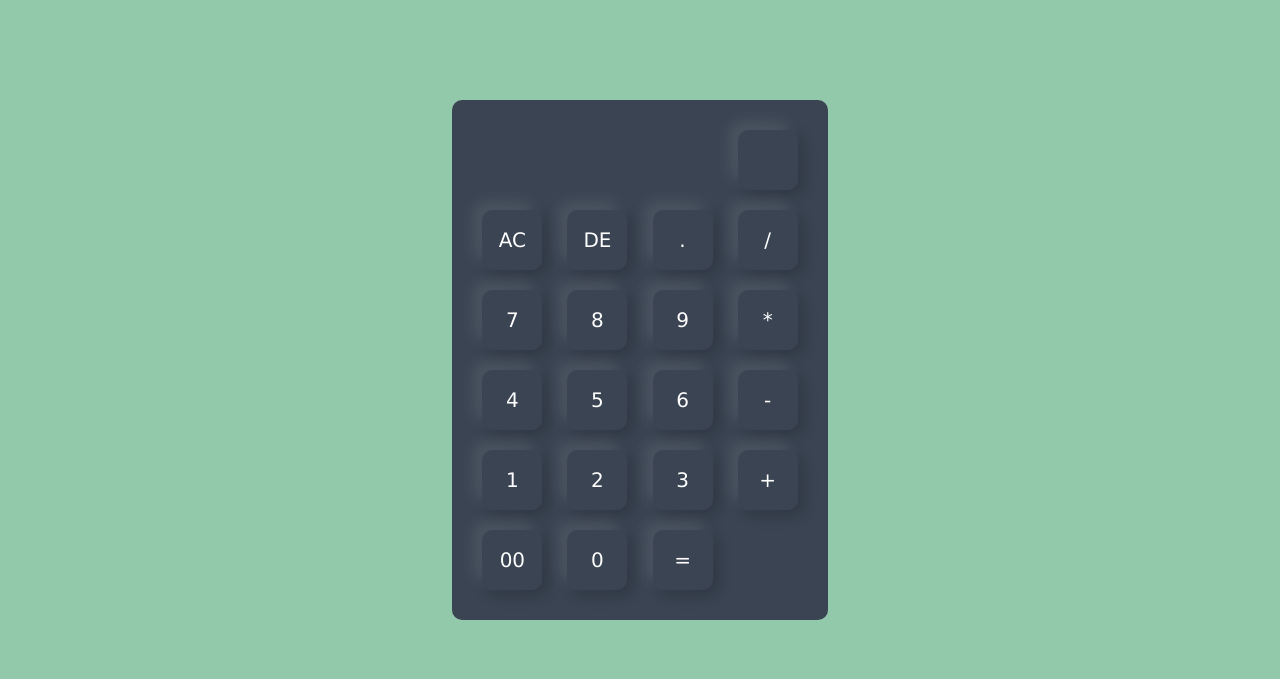
Repository: sirsky89/Simple-Calculator
Page: index.html
The author's editor kept a copy of each file at every save. The page is drawn from the files as they stood at one save, then again after the next save.
The browser window is 1280 px wide. The pictures show the whole page.

Above is the page before, as saved 2023-01-14 09:43:54.

### index.html
<!DOCTYPE html>
<html lang="en">
  <head>
    <meta charset="UTF-8" />
    <meta http-equiv="X-UA-Compatible" content="IE=edge" />
    <meta name="viewport" content="width=device-width, initial-scale=1.0" />
    <title>Android Calculator</title>
    <link rel="stylesheet" href="style.css" />
  </head>
  <body>
    <section>
      <div class="container">
        <div class="calculator">
          <form>
            <div class="display">
              <input type="text" name="display" />
            </div>
            <div>
              <input type="button" value="AC" />
              <input type="button" value="DE" />
              <input type="button" value="." />
              <input type="button" value="/" />
            </div>
            <div>
              <input type="button" value="7" />
              <input type="button" value="8" />
              <input type="button" value="9" />
              <input type="button" value="*" />
            </div>
            <div>
              <input type="button" value="4" />
              <input type="button" value="5" />
              <input type="button" value="6" />
              <input type="button" value="-" />
            </div>
            <div>
              <input type="button" value="1" />
              <input type="button" value="2" />
              <input type="button" value="3" />
              <input type="button" value="+" />
            </div>
            <div>
              <input type="button" value="00" />
              <input type="button" value="0" />
              <input type="button" value="=" />
            </div>
          </form>
        </div>
      </div>
    </section>
  </body>
</html>

### style.css
* {
  margin: 0;
  padding: 0;
  box-sizing: border-box;
  font-family: Verdana, Geneva, Tahoma, sans-serif;
}

.container {
  width: 100%;
  height: 100vh;
  background-color: #91c9aa;
  display: flex;
  align-items: center;
  justify-content: center;
}

.calculator {
  background: #3a4452;
  padding: 20px;
  border-radius: 10px;
}

.calculator form input {
  border: 0;
  outline: 0;
  width: 60px;
  height: 60px;
  border-radius: 10px;
  box-shadow: -8px -8px 15px rgba(255, 255, 255, 0.1),
    5px 5px 15px rgba(0, 0, 0, 0.2);
  background: transparent;
  font-size: 20px;
  color: #fff;
  cursor: pointer;
  margin: 10px;
}

form .display {
  display: flex;
  justify-content: flex-end;
}

After the next save:
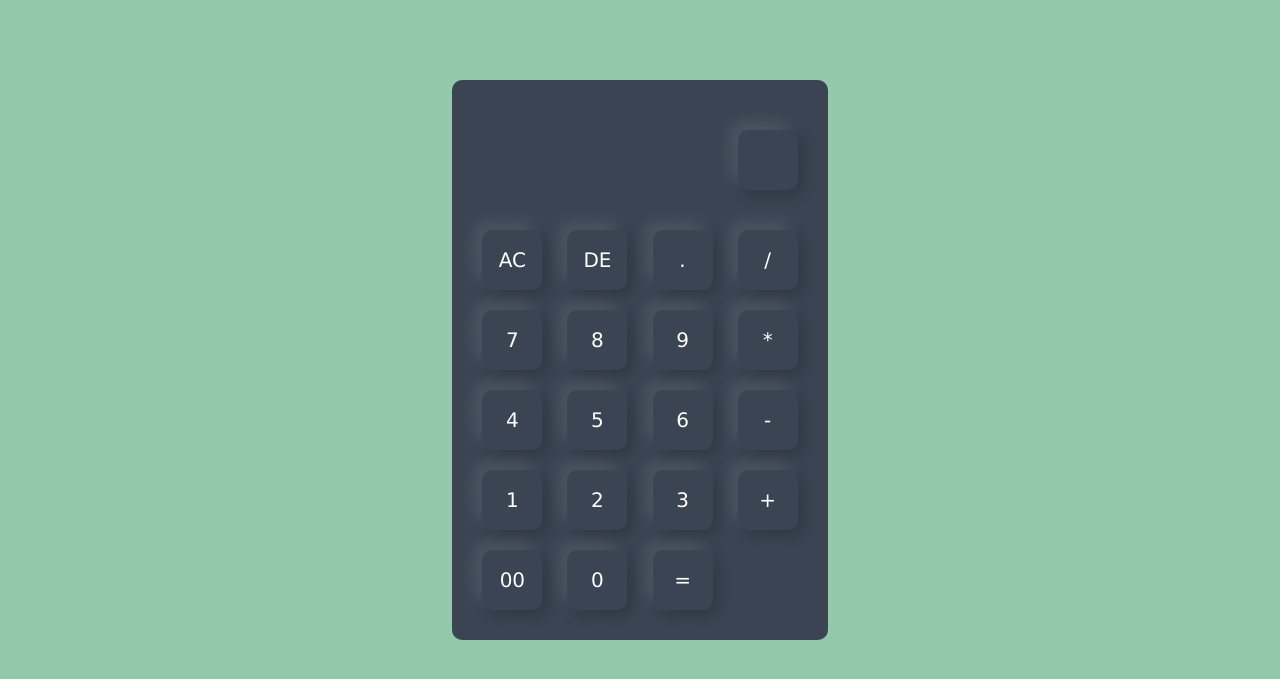
Saved 15 s later.
--- a/style.css
+++ b/style.css
@@ -38,4 +38,5 @@
 form .display {
   display: flex;
   justify-content: flex-end;
+  margin: 20px 0;
 }
